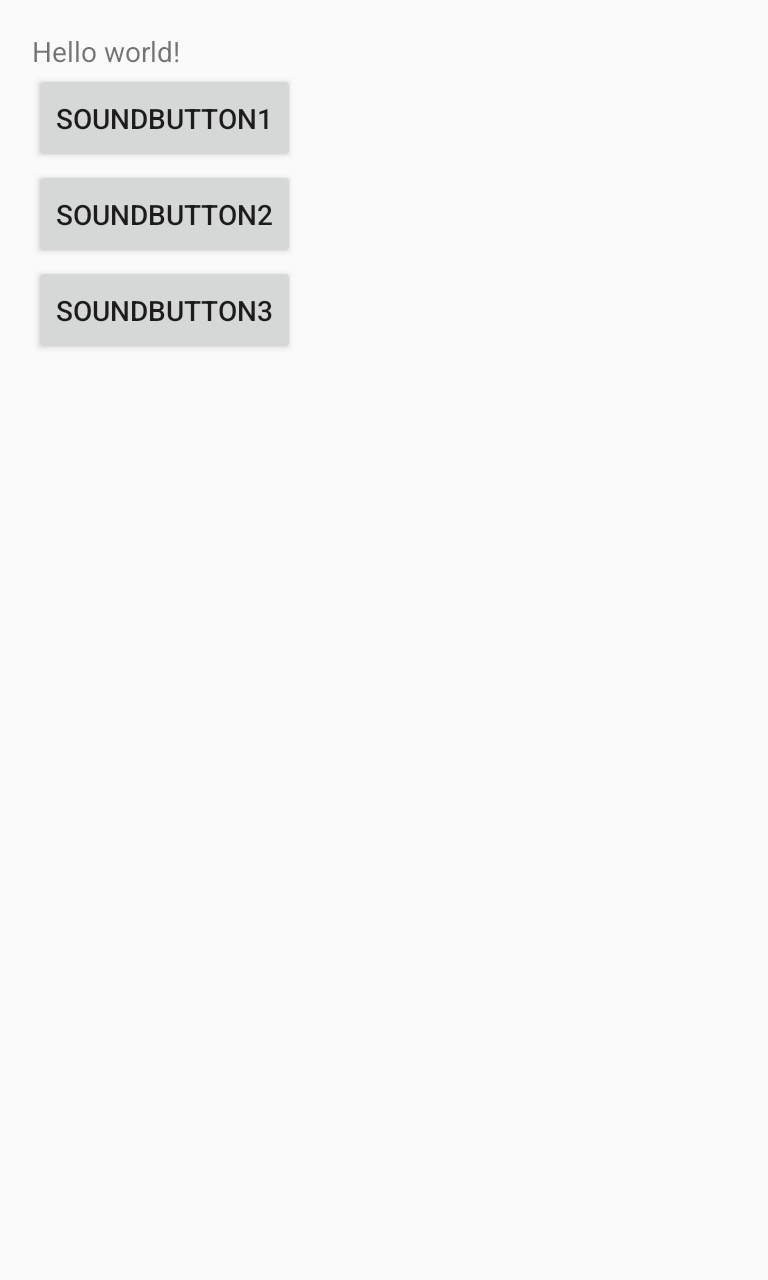
Repository: SoundBoardJAMJ/Project
Layout: workspace/soundtest/res/layout/fragment_main.xml
These files come from the project's save history. The layout is drawn as it stood at one moment and after the next save; the edit follows.
It is drawn on a 768 x 1280 px phone screen (xhdpi) without system bars, with theme AppTheme; the app's code is not run.

Above is the layout before, as saved 2014-04-28 18:40:26.

After the next save:
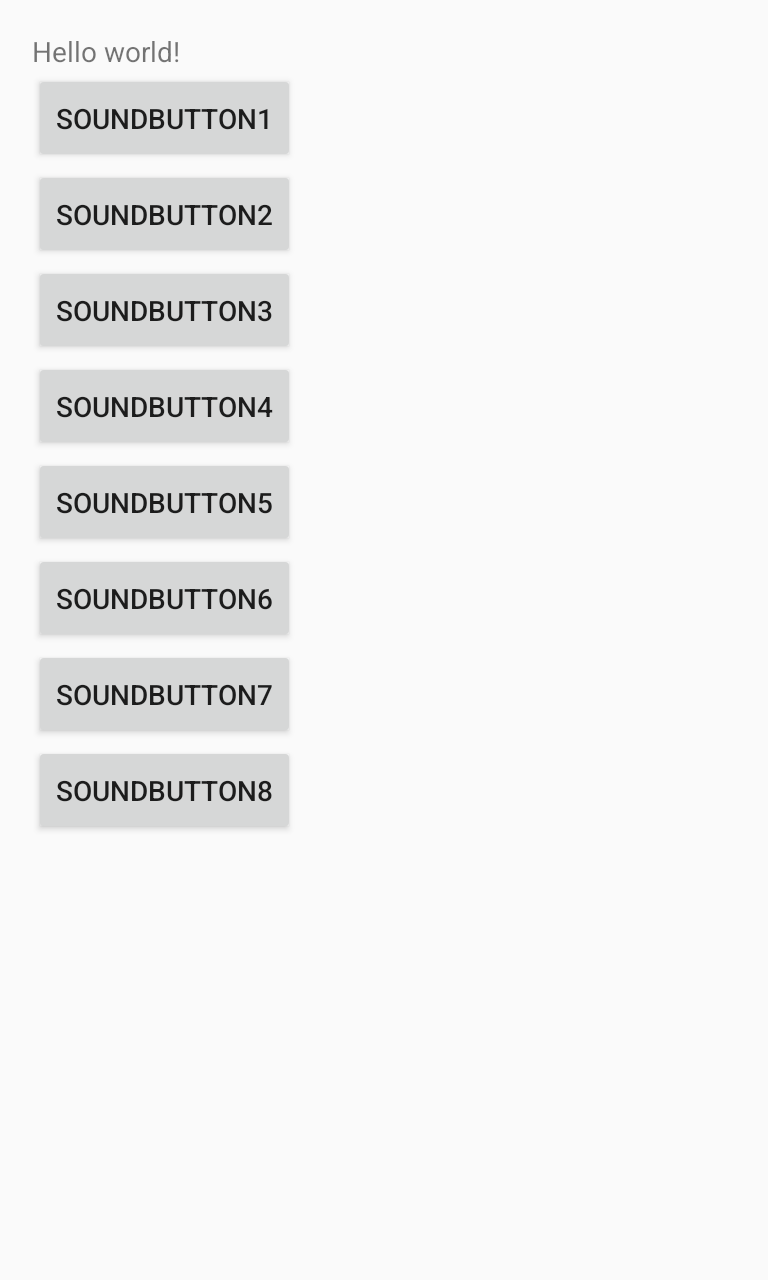
Saved 6 min 43 s later.
--- a/workspace/soundtest/res/layout/fragment_main.xml
+++ b/workspace/soundtest/res/layout/fragment_main.xml
@@ -39,6 +39,52 @@
         android:layout_alignParentLeft="true"
         android:layout_below="@+id/button2"
         android:onClick="ButtonOnClick"
+        android:onClick="ButtonOnClick"
         android:text="soundbutton3" />
 
+    <Button
+        android:id="@+id/button4"
+        android:layout_width="wrap_content"
+        android:layout_height="wrap_content"
+        android:layout_alignParentLeft="true"
+        android:layout_below="@+id/button3"
+        android:onClick="ButtonOnClick"
+        android:text="soundbutton4" />
+
+    <Button
+        android:id="@+id/button5"
+        android:layout_width="wrap_content"
+        android:layout_height="wrap_content"
+        android:layout_alignParentLeft="true"
+        android:layout_below="@+id/button4"
+        android:onClick="ButtonOnClick"
+        android:text="soundbutton5" />
+
+    <Button
+        android:id="@+id/button6"
+        android:layout_width="wrap_content"
+        android:layout_height="wrap_content"
+        android:layout_alignParentLeft="true"
+        android:layout_below="@+id/button5"
+        android:onClick="ButtonOnClick"
+        android:text="soundbutton6" />
+
+    <Button
+        android:id="@+id/button7"
+        android:layout_width="wrap_content"
+        android:layout_height="wrap_content"
+        android:layout_alignParentLeft="true"
+        android:layout_below="@+id/button6"
+        android:onClick="ButtonOnClick"
+        android:text="soundbutton7" />
+
+    <Button
+        android:id="@+id/button8"
+        android:layout_width="wrap_content"
+        android:layout_height="wrap_content"
+        android:layout_alignParentLeft="true"
+        android:layout_below="@+id/button7"
+        android:onClick="ButtonOnClick"
+        android:text="soundbutton8" />
+
 </RelativeLayout>
